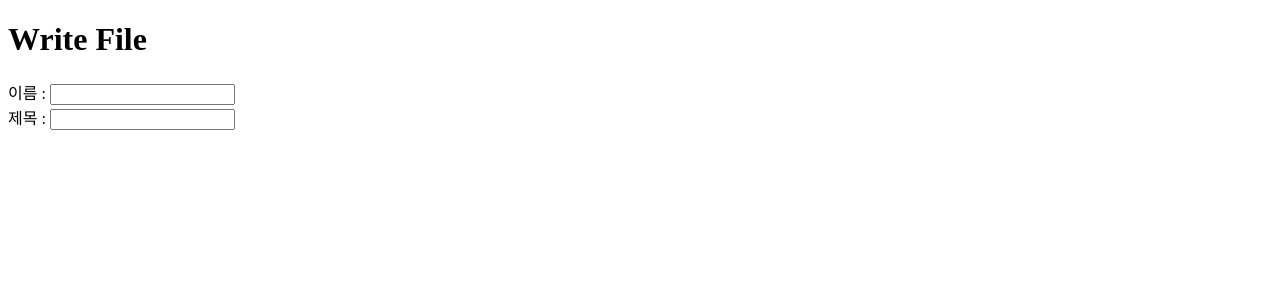
Repository: usonihs/StudyX
Page: http://localhost/JSP/WriteFile_01.jsp
The author's editor kept a copy of each file at every save. The page is drawn from the files as they stood at one save, then again after the next save.
The browser window is 1280 px wide. The pictures show the whole page.
The page is served by Tomcat 9.

Above is the page before, as saved 2022-10-21 02:37:02.

### JSP/JSP/src/main/webapp/WriteFile_01.jsp
<%@ page language="java" contentType="text/html; charset=UTF-8"
    pageEncoding="UTF-8"%>
<!DOCTYPE html>
<html>
<head>
<meta charset="UTF-8">
<title>Write File</title>
</head>
<body>
	<h1>Write File</h1>
	<form action="WriteFile_02.jsp" method="post">
		이름 : <input type="text" name="name"> <br>
		제목 : <input type="text" name="title"> <br>

	</form>
</body>
</html>

After the next save:
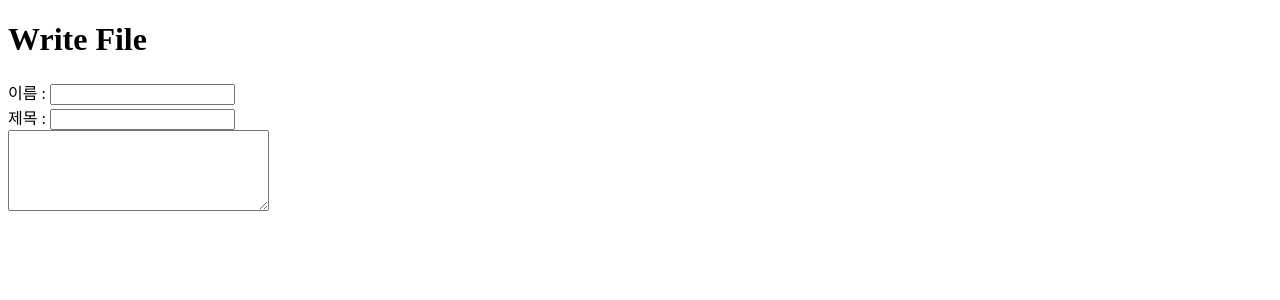
Saved 16 s later.
--- a/JSP/JSP/src/main/webapp/WriteFile_01.jsp
+++ b/JSP/JSP/src/main/webapp/WriteFile_01.jsp
@@ -11,7 +11,7 @@
 	<form action="WriteFile_02.jsp" method="post">
 		이름 : <input type="text" name="name"> <br>
 		제목 : <input type="text" name="title"> <br>
-
+		<textarea rows="5" cols="30"></textarea>
 	</form>
 </body>
 </html>
